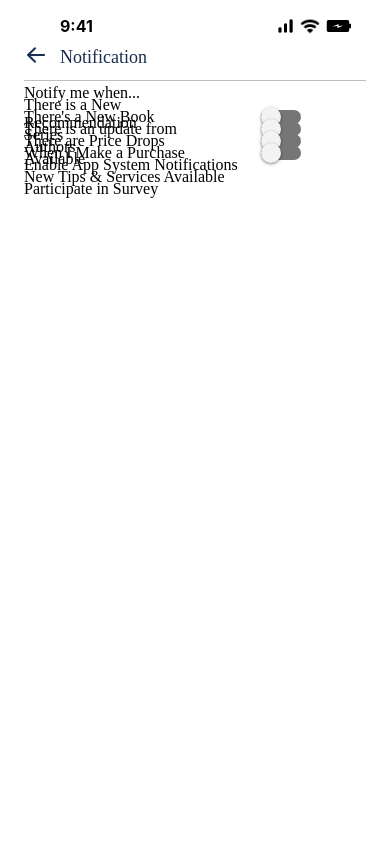
Repository: tnmod/Erabook
Screen: / (app in app/)
An editor plug-in stored every save of this project. The screen is shown before and after a run of saves, followed by the edit.
The app was drawn by React Native's web renderer in a window 390 px wide. The project was rebuilt for these pictures with package versions that can differ from the ones it lists, and the page was loaded fresh each time. Imported but missing from the stored project, and not drawn on this page: app/src/redux/features/CounterAPI.

Above is the screen before, as saved 2023-05-25 15:55:42.

After the next 2 saves:
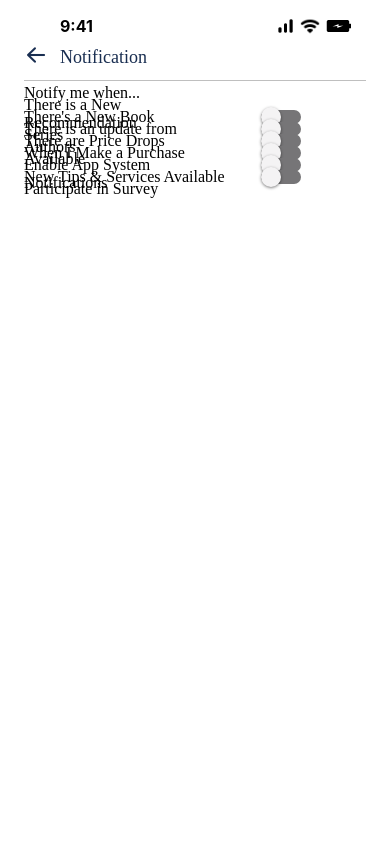
The 2 saves are shown as one change because they came seconds apart.
The last was saved 7 s later.
--- a/app/src/screens/Notification/Notification.tsx
+++ b/app/src/screens/Notification/Notification.tsx
@@ -71,9 +71,27 @@ const Notification: React.FC = () => {
                     </TouchableOpacity>
                     <TouchableOpacity style={[styles.container1]}>
                         <Text style={[styles.text3]}>When I Make a Purchase</Text>
+                        <View style={styles.container3}>
+                            <Switch
+                                trackColor={{ false: '#767577', true: '#81b0ff' }}
+                                thumbColor={isEnabled ? '#f5dd4b' : '#f4f3f4'}
+                                ios_backgroundColor="#3e3e3e"
+                                onValueChange={toggleSwitch}
+                                value={isEnabled}
+                            />
+                        </View>
                     </TouchableOpacity>
                     <TouchableOpacity style={[styles.container1]}>
                         <Text style={[styles.text3]}>Enable App System Notifications</Text>
+                        <View style={styles.container3}>
+                            <Switch
+                                trackColor={{ false: '#767577', true: '#81b0ff' }}
+                                thumbColor={isEnabled ? '#f5dd4b' : '#f4f3f4'}
+                                ios_backgroundColor="#3e3e3e"
+                                onValueChange={toggleSwitch}
+                                value={isEnabled}
+                            />
+                        </View>
                     </TouchableOpacity>
                     <TouchableOpacity style={[styles.container1]}>
                         <Text style={[styles.text3]}>New Tips & Services Available</Text>
